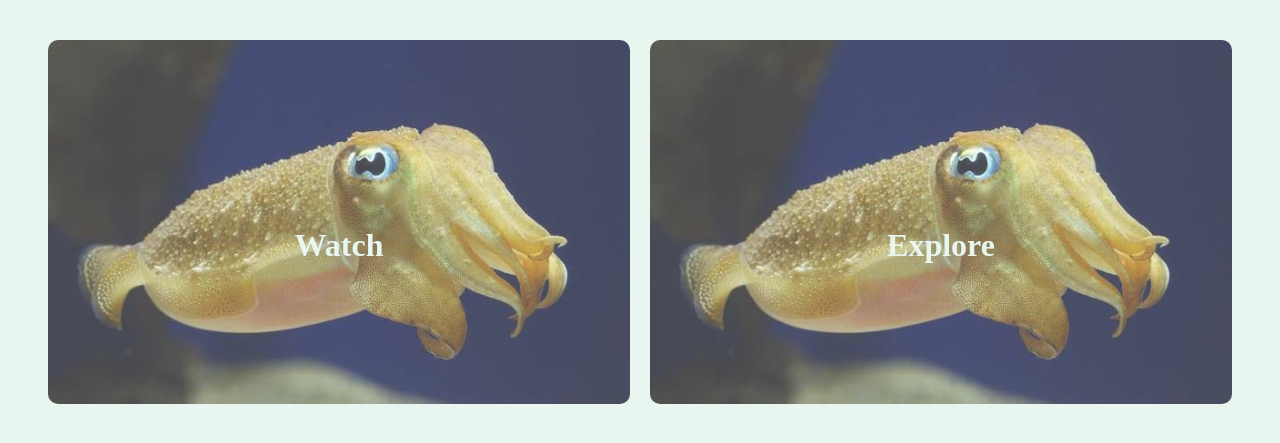
Repository: neomort/comm-lab-vid-site
Page: index.html
An editor plug-in stored every save of this project. The page is shown before and after the next save, followed by the edit.
The browser window is 1280 px wide. The pictures show the whole page.

Above is the page before, as saved 2021-09-12 22:18:44.

### index.html
<!DOCTYPE html>

<head>
<title>The String: 30 second film festival home</title>
<link rel="icon" href="images/chicken.png"/>
<link rel="stylesheet" href="./css/styles.css" />
</head>

<body class="bg-2">
  <div >
    <div class="default-margin">
      <div class="row">
        <a href="https://www.youtube.com/watch?v=O3Jf4U1E7Jc">
         <div class="column container">
          <img class="image-1" src="images/cuddle.jpg" />
          <H1 class="font centered-text text-light">Watch</H1>
        </div>
      </a>
      <a href="https://www.youtube.com/watch?v=O3Jf4U1E7Jc">
        <div class="column-2 container">
          <img class="image-1" src="images/cuddle.jpg" />
          <H1 class="font centered-text text-light">Explore</H1>
        </div>
      </a>
      </div>


    </div>

</div>
</body>

### css/styles.css
/* background colors */
/* color scheme */
.bg-1 {
  /* Yellow */
  background: #FFE194;
}

.bg-2 {
  /* Light */
  background: #E8F6EF;
}

.bg-3 {
  /* medium */
  background: #E8F6EF;
}

.bg-4 {
  /* dark */
  background: #4C4C6D;
}

.text-light {
  /* Light */
  color: #E8F6EF;
}

.text-dark {
  /* dark */
  background: #4C4C6D;
}

.font {
  font-family: Poppins;
}



/* flex properties */

.row {
  display: flex;
}

.column {
  flex: 50%;
  padding: 10px;
}

.column-2 {
  flex: 50%;
  padding: 10px;
  align-content: end;
}

.default-margin{
  margin: 30px;

}

.image-1 {
  border-radius: 10px;
  width: 100%;
  opacity: 70%;
  transition: 0.3s;
}


/* probably just use Javascript to do this transition */

.container {
  position: relative;
  text-align: center;
  opacity: 100%;
  transition: 0.3s;
}

.container:hover {
  position: relative;
  text-align: center;
  opacity: 100%;

}


.image-1:hover {
  border-radius: 10px;
  width: 101%;
  opacity: 100%;
  transition: 0.3s;
}

.container H1 {
  opacity: inherit;
  transition: 0.3s;
}

.container H1:hover {
  opacity: inherit;

}


.centered-text {
  position: absolute;
  top: 50%;
  left: 50%;
  transform: translate(-50%, -50%);
}

After the next save:
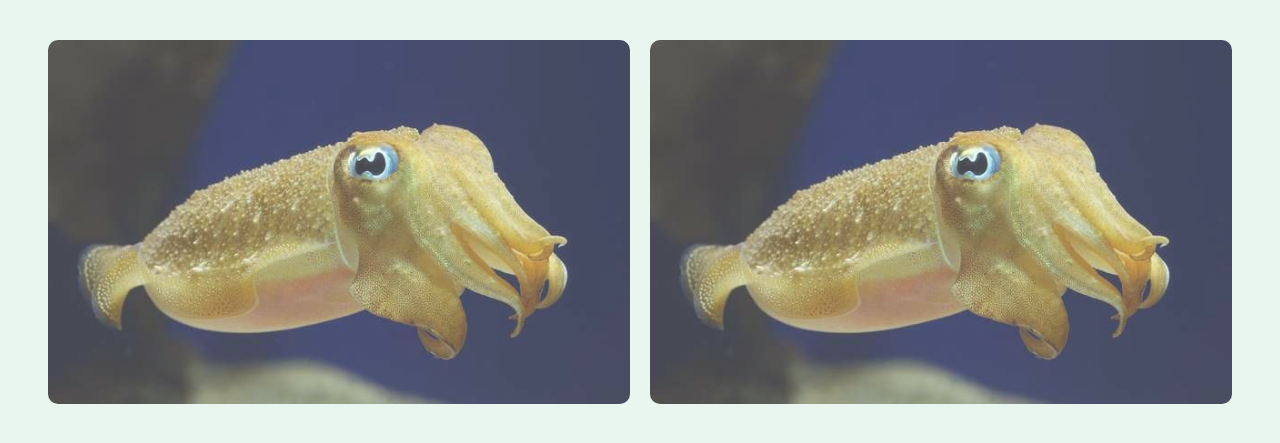
Saved 3 min 7 s later.
--- a/css/styles.css
+++ b/css/styles.css
@@ -65,6 +65,12 @@
   transition: 0.3s;
 }
 
+.image-1:hover {
+  border-radius: 10px;
+  width: 101%;
+  opacity: 100%;
+  transition: 0.3s;
+}
 
 /* probably just use Javascript to do this transition */
 
@@ -75,30 +81,13 @@
   transition: 0.3s;
 }
 
-.container:hover {
-  position: relative;
-  text-align: center;
-  opacity: 100%;
 
+.container H1 {
+  opacity: 0;
+  transition: 0.3s;
 }
 
 
-.image-1:hover {
-  border-radius: 10px;
-  width: 101%;
-  opacity: 100%;
-  transition: 0.3s;
-}
-
-.container H1 {
-  opacity: inherit;
-  transition: 0.3s;
-}
-
-.container H1:hover {
-  opacity: inherit;
-
-}
 
 
 .centered-text {
